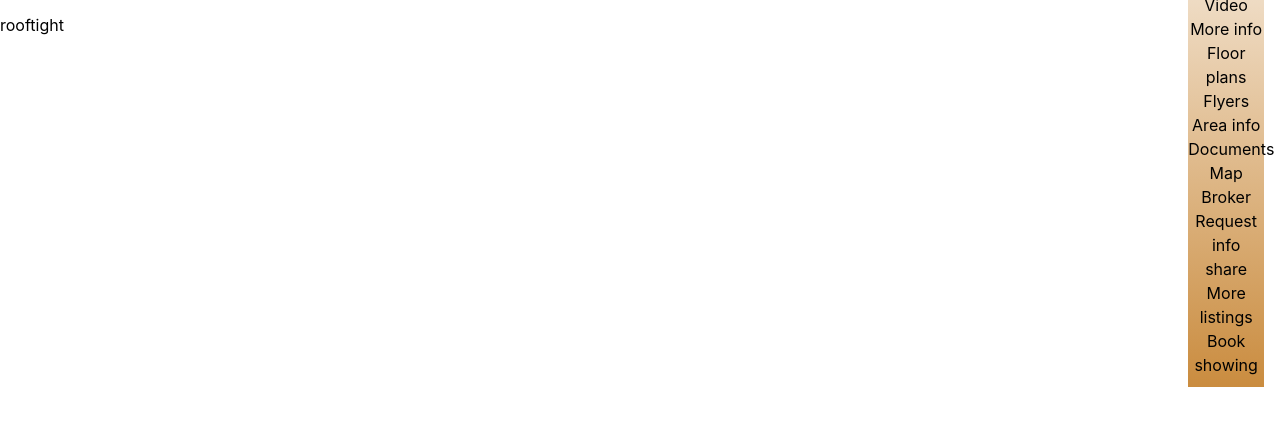
Repository: TMuse333/real-estate-landingpage
Page: /
An editor plug-in stored every save of this project. The page is shown before and after the next save, followed by the edit.
The browser window is 1280 px wide. The pictures show the whole page.
The project was rebuilt for these pictures with package versions that can differ from the ones it lists, and the page was loaded fresh each time. Also part of the build but not shown: vite.config.js.

Above is the page before, as saved 2023-09-19 16:07:56.

After the next save:
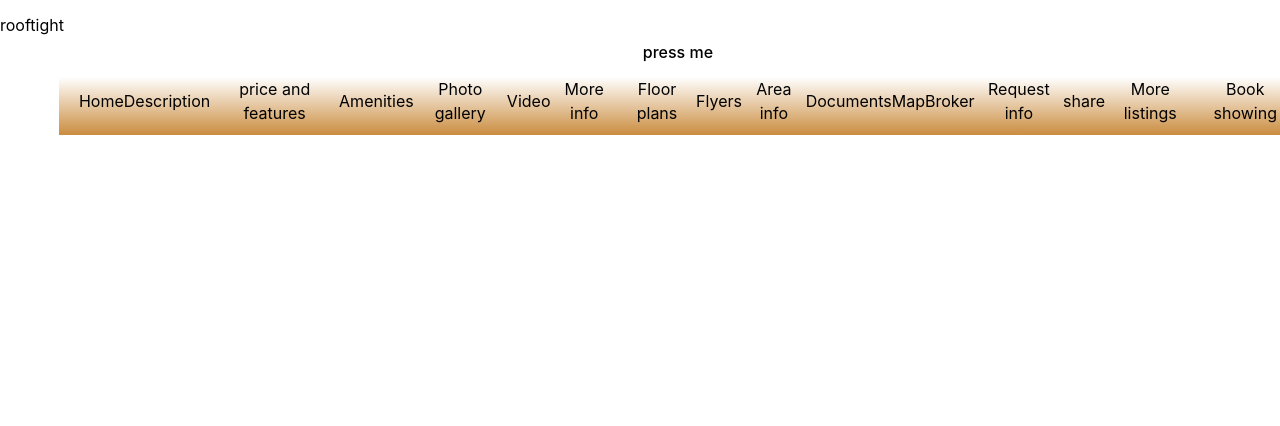
Saved 10 s later.
--- a/src/App.css
+++ b/src/App.css
@@ -40,5 +40,12 @@ padding: 0;
 }
 
 @media screen and (min-width: 415px) and (min-height: 415px){
-
+  .nav-list{
+    display: flex;
+    align-items: center;
+    justify-content: space-between;
+    padding-left: 20px;
+    padding-right: 20px;
+    width: 100%;
   }
+  }
